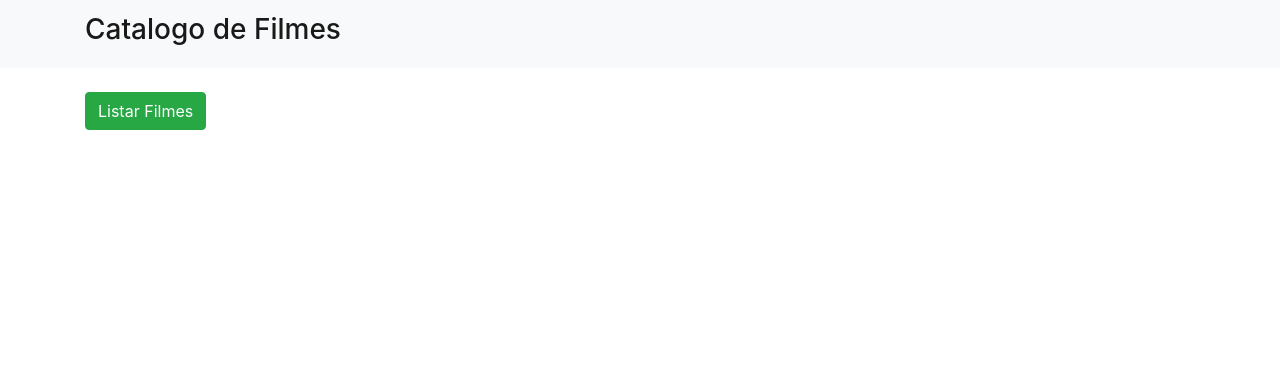
Repository: FredeRibeiro/htdocs-Desenvolvimento-Web-Completo-2019
Page: ajax/filmes.html
An editor plug-in stored every save of this project. The page is shown before and after the next save, followed by the edit.
The browser window is 1280 px wide. The pictures show the whole page.

Above is the page before, as saved 2019-10-16 12:30:37.

### ajax/filmes.html
<!DOCTYPE html>
<html lang="en">
<head>
	<meta charset="UTF-8">
	<meta name="viewport" content="width=device-width, initial-scale=1.0">
	<meta http-equiv="X-UA-Compatible" content="ie=edge">

	<link rel="stylesheet" href="https://stackpath.bootstrapcdn.com/bootstrap/4.1.3/css/bootstrap.min.css"
		integrity="sha384-MCw98/SFnGE8fJT3GXwEOngsV7Zt27NXFoaoApmYm81iuXoPkFOJwJ8ERdknLPMO" crossorigin="anonymous">

		<script src="xmltojson.js"></script>

		<script>
			function getFilmes() {

				let xmlHttp = new XMLHttpRequest();

				xmlHttp.open('GET', 'http://localhost/ajax/filmes.xml');

				xmlHttp.onreadystatechange = () => {
					if (xmlHttp.readyState == 4 && xmlHttp.status == 200) {
						let XMLFilmes = xmlHttp.responseText

						let parser = new DOMParser();

						domFilmes = parser.parseFromString(XMLFilmes, 'text/xml');

						console.log(domFilmes);

						jsonFilmes = xmlToJson(domFilmes)

						console.log(jsonFilmes);

					}

					if (xmlHttp.readyState == 4 && xmlHttp.status == 404) {
						//..
					}
				}

				xmlHttp.send();

			}
		</script>


	<title>Catalogo de Filmes</title>


</head>
<body>
	<nav class="navbar navbar-light bg-light mb-4">
		<div class="container">
			<div class="navbar-brand mb-0 h1">
				<h3>Catalogo de Filmes</h3>
			</div>
		</div>
	</nav>

	<div class="container">
		<div class="row">
			<div class="col">
				<button class="btn btn-success" type="button" onclick="getFilmes()">Listar Filmes</button>
			</div>
		</div>
	</div>
</body>
</html>

### ajax/xmltojson.js
function xmlToJson(xml) {


    var obj = {}, i, j, attribute, item, nodeName, old;

    if (xml.nodeType === 1) { // element
        // do attributes
        if (xml.attributes.length > 0) {
            obj["@attributes"] = {};
            for (j = 0; j < xml.attributes.length; j = j + 1) {
                attribute = xml.attributes.item(j);
                obj["@attributes"][attribute.nodeName] = attribute.nodeValue;
            }
        }
    } else if (xml.nodeType === 3) { // text
        obj = xml.nodeValue.trim();
    }

    // do children
    if (xml.hasChildNodes()) {
        for (i = 0; i < xml.childNodes.length; i = i + 1) {
            item = xml.childNodes.item(i);
            nodeName = item.nodeName;
            if ((obj[nodeName]) === undefined) {
                obj[nodeName] = xmlToJson(item);
            } else {
                if ((obj[nodeName].push) === undefined) {
                    old = obj[nodeName];
                    obj[nodeName] = [];
                    obj[nodeName].push(old);
                }
                obj[nodeName].push(xmlToJson(item));
            }
        }
    }
    return obj;
};

After the next save:
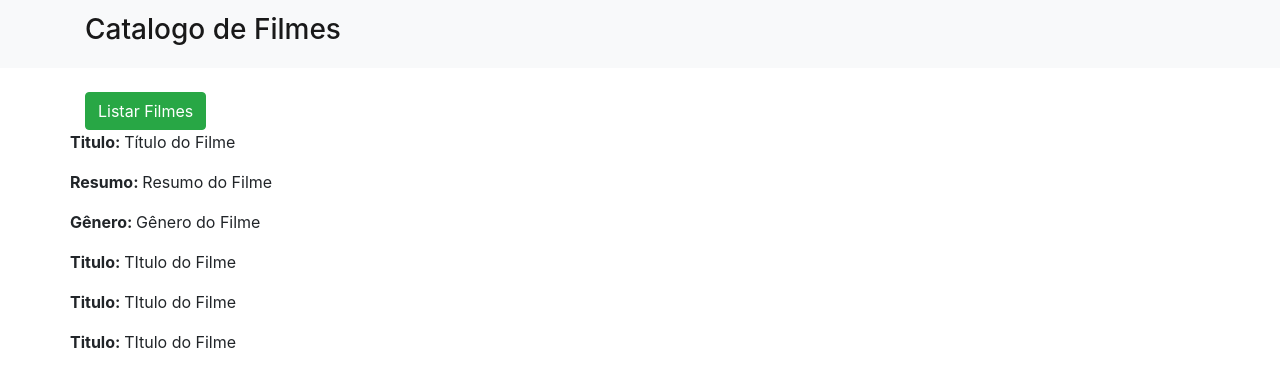
Saved 6 min 24 s later.
--- a/ajax/filmes.html
+++ b/ajax/filmes.html
@@ -63,6 +63,17 @@
 				<button class="btn btn-success" type="button" onclick="getFilmes()">Listar Filmes</button>
 			</div>
 		</div>
+
+		<div class="row">
+			<div class="cow">
+				<p><strong>Titulo: </strong>Título do Filme</p>
+				<p><strong>Resumo: </strong>Resumo do Filme</p>
+				<p><strong>Gênero: </strong>Gênero do Filme</p>
+				<p><strong>Titulo: </strong>TItulo do Filme</p>
+				<p><strong>Titulo: </strong>TItulo do Filme</p>
+				<p><strong>Titulo: </strong>TItulo do Filme</p>
+			</div>
+		</div>
 	</div>
 </body>
 </html>
